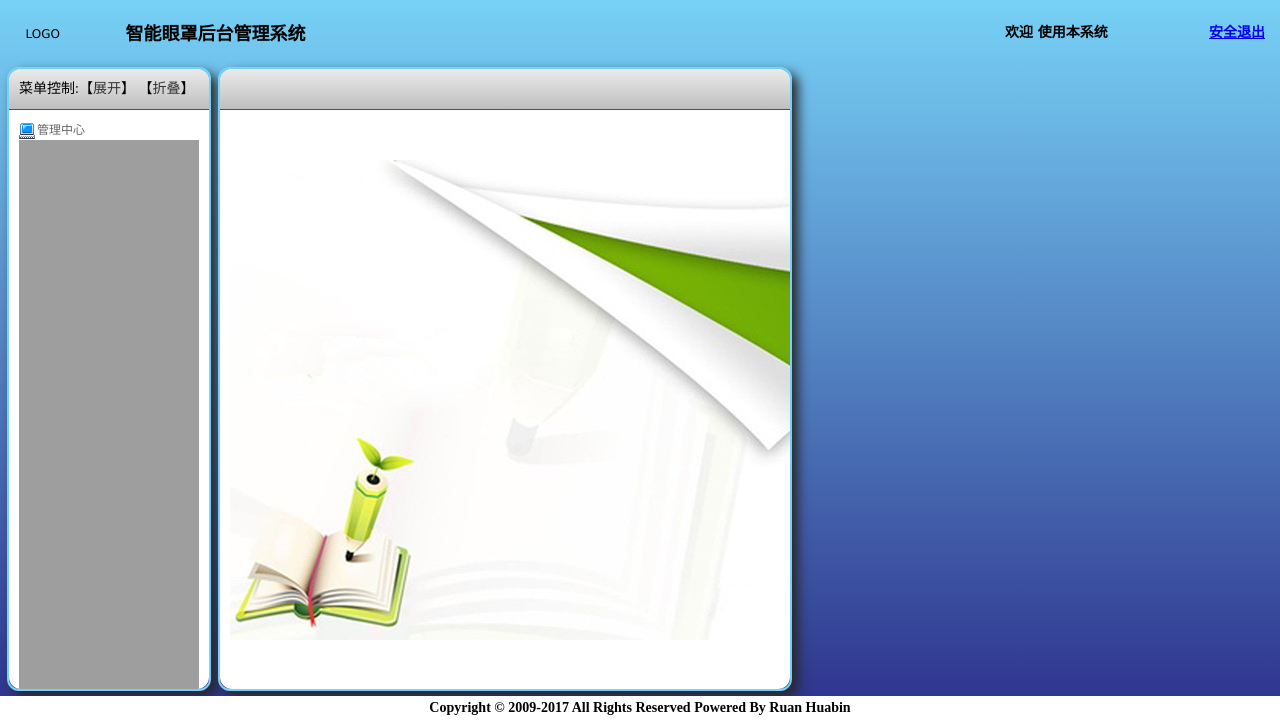
Repository: ruanhuabin/IntelliEyeShade
Page: http://localhost/IntelliEyeShade/admin/admin_login_success.jsp
An editor plug-in stored every save of this project. The page is shown before and after the next save, followed by the edit.
The browser window is 1280 px wide. The pictures show the whole page.
The page is served by Tomcat 9. Nobody is signed in. The application's start-up code is not run.

Above is the page before, as saved 2016-12-06 10:06:21.

After the next save:
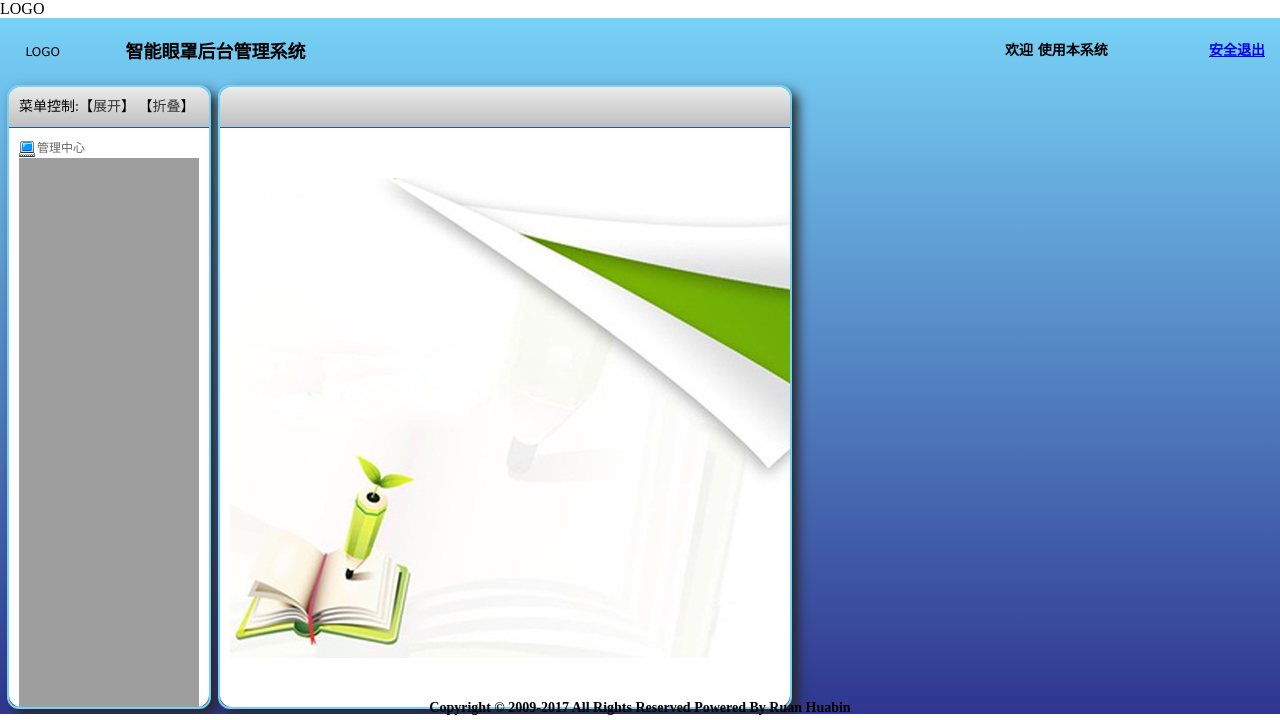
Saved 79 s later.
--- a/IntelliEyeShade/WebRoot/admin/admin_login_success.jsp
+++ b/IntelliEyeShade/WebRoot/admin/admin_login_success.jsp
@@ -12,6 +12,12 @@ String basePath = request.getScheme()+"://"+request.getServerName()+":"+request.
 	<link rel="stylesheet" type="text/css" href="../css/index.css" />
 </head>
 <body>
+
+<div style="width:20px; display:inline-block;">
+LOGO
+</div>
+
+
 <div id="wrapper">
 	<div id="header">
 		<div id="logo">LOGO</div>
